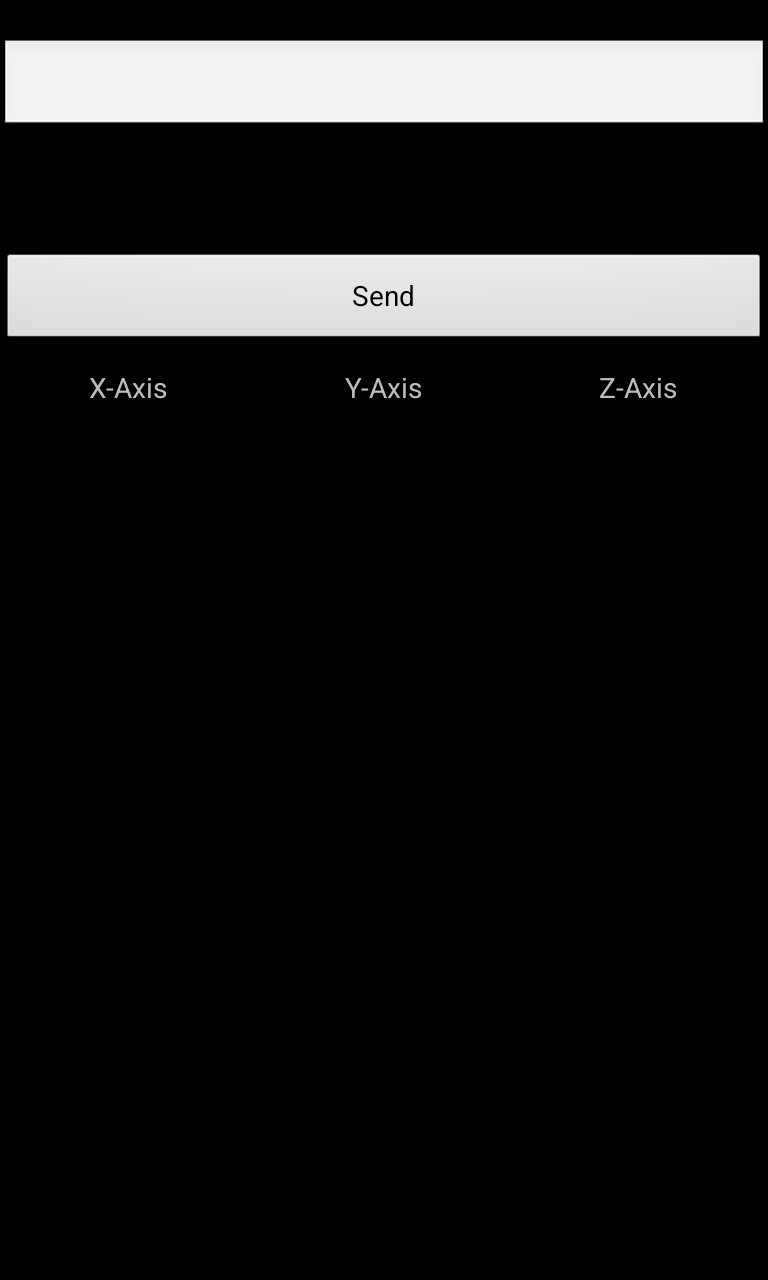
Repository: faithful91/Robot_Project
Layout: RemoteBluetooth/res/layout/main.xml
These files come from the project's save history. The layout is drawn as it stood at one moment and after the next save; the edit follows.
It is drawn on a 768 x 1280 px phone screen (xhdpi) without system bars, with theme android:Theme; the app's code is not run.

Above is the layout before, as saved 2014-03-04 15:38:29.

After the next save:
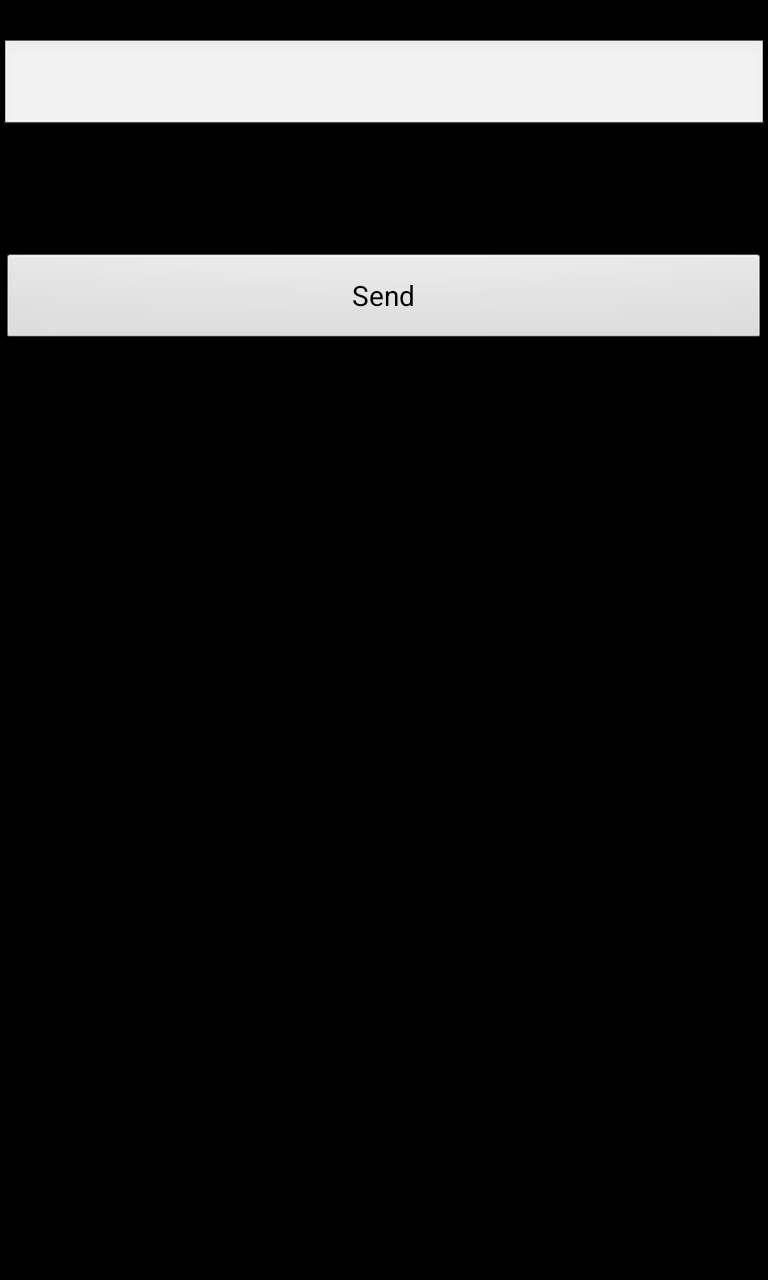
Saved 26 s later.
--- a/RemoteBluetooth/res/layout/main.xml
+++ b/RemoteBluetooth/res/layout/main.xml
@@ -30,47 +30,4 @@
     android:layout_marginTop="40dp"
     android:text="Send" />
 
-<TableLayout
-		android:paddingTop="10dip"
-		android:layout_width="fill_parent"
-		android:layout_height="wrap_content"
-		android:stretchColumns="*">
-		<TableRow>
-			<TextView
-	    		android:layout_width="wrap_content"
-	    		android:layout_height="wrap_content"
-	    		android:textSize="14sp"
-	    		android:text="X-Axis"
-	    		android:gravity="center"/>
-	    	<TextView
-	    		android:layout_width="wrap_content"
-	    		android:layout_height="wrap_content"
-	    		android:textSize="14sp"
-	    		android:text="Y-Axis"
-	    		android:gravity="center"/>
-	    	<TextView
-	    		android:layout_width="wrap_content"
-	    		android:layout_height="wrap_content"
-	    		android:textSize="14sp"
-	    		android:text="Z-Axis"
-	    		android:gravity="center"/>
-		</TableRow>
-		<TableRow>
-			<TextView
-	    		android:layout_width="wrap_content"
-	    		android:layout_height="wrap_content"
-	    		android:id="@+id/x_axis"
-	    		android:gravity="center"/>
-	    	<TextView
-	    		android:layout_width="wrap_content"
-	    		android:layout_height="wrap_content"
-	    		android:id="@+id/y_axis"
-	    		android:gravity="center"/>
-	    	<TextView
-	    		android:layout_width="wrap_content"
-	    		android:layout_height="wrap_content"
-	    		android:id="@+id/z_axis"
-	    		android:gravity="center"/>
-		</TableRow>
-	</TableLayout>
 </LinearLayout>

After the save that followed:
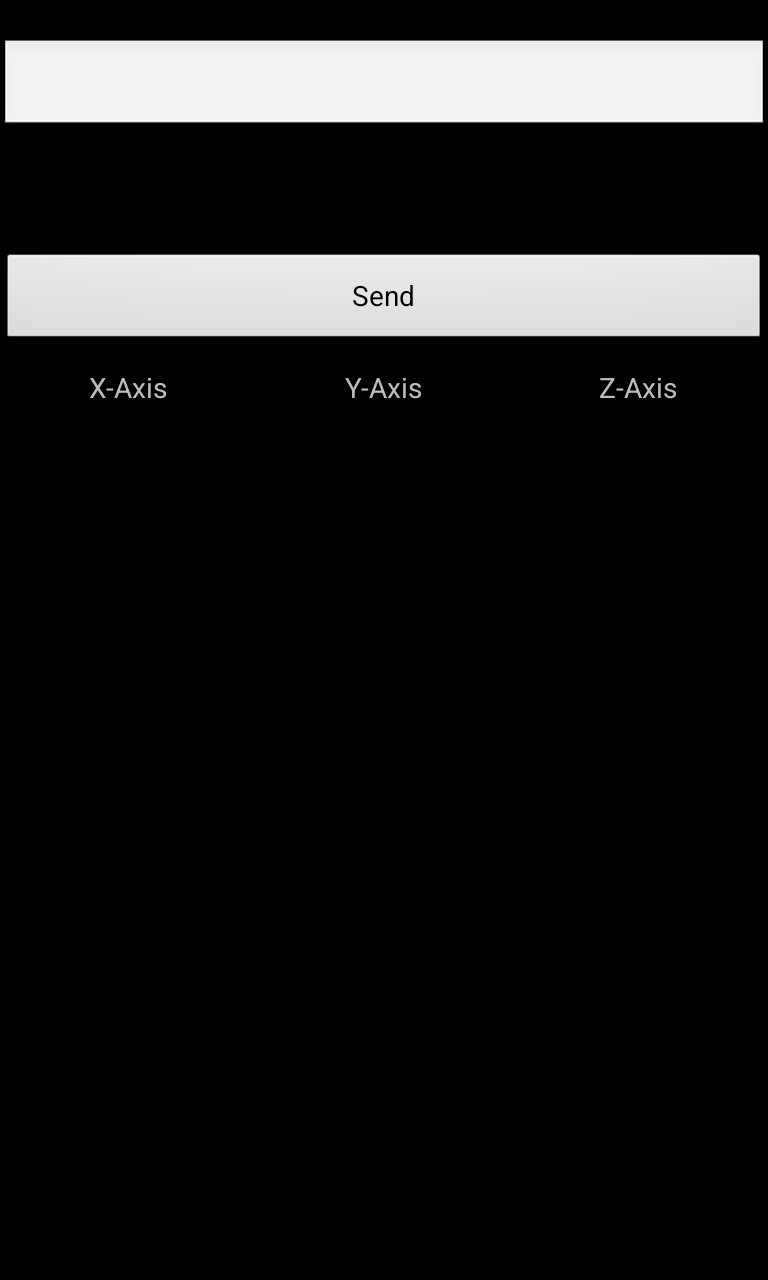
Saved 18 s later.
--- a/RemoteBluetooth/res/layout/main.xml
+++ b/RemoteBluetooth/res/layout/main.xml
@@ -30,4 +30,49 @@
     android:layout_marginTop="40dp"
     android:text="Send" />
 
+
+<TableLayout
+		android:paddingTop="10dip"
+		android:layout_width="fill_parent"
+		android:layout_height="wrap_content"
+		android:stretchColumns="*">
+		<TableRow>
+			<TextView
+	    		android:layout_width="wrap_content"
+	    		android:layout_height="wrap_content"
+	    		android:textSize="14sp"
+	    		android:text="X-Axis"
+	    		android:gravity="center"/>
+	    	<TextView
+	    		android:layout_width="wrap_content"
+	    		android:layout_height="wrap_content"
+	    		android:textSize="14sp"
+	    		android:text="Y-Axis"
+	    		android:gravity="center"/>
+	    	<TextView
+	    		android:layout_width="wrap_content"
+	    		android:layout_height="wrap_content"
+	    		android:textSize="14sp"
+	    		android:text="Z-Axis"
+	    		android:gravity="center"/>
+		</TableRow>
+		<TableRow>
+			<TextView
+	    		android:layout_width="wrap_content"
+	    		android:layout_height="wrap_content"
+	    		android:id="@+id/x_axis"
+	    		android:gravity="center"/>
+	    	<TextView
+	    		android:layout_width="wrap_content"
+	    		android:layout_height="wrap_content"
+	    		android:id="@+id/y_axis"
+	    		android:gravity="center"/>
+	    	<TextView
+	    		android:layout_width="wrap_content"
+	    		android:layout_height="wrap_content"
+	    		android:id="@+id/z_axis"
+	    		android:gravity="center"/>
+		</TableRow>
+	</TableLayout>
+
 </LinearLayout>
